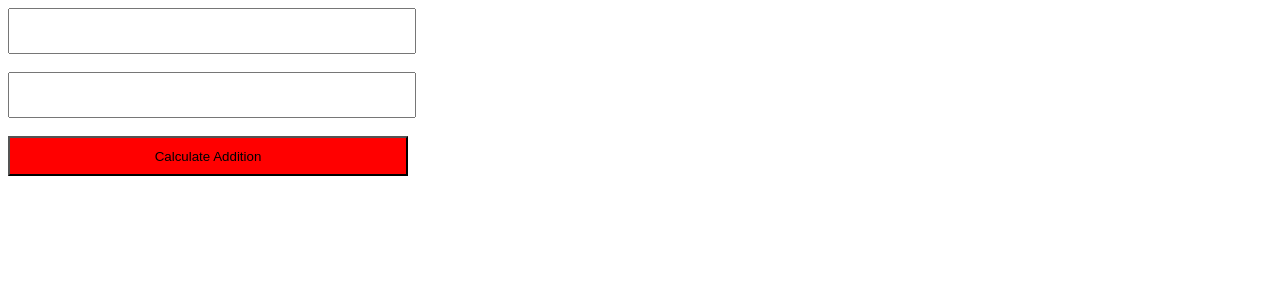
Repository: vaibhaokamble/MY_INSTITUTE_PUNE
Page: SERVLET/AdditionApplication/src/main/webapp/Addition.html
These files come from the project's save history. The page is drawn as it stood at one moment and after the next save; the edit follows.
The browser window is 1280 px wide. The pictures show the whole page.

Above is the page before, as saved 2022-10-18 08:17:02.

### SERVLET/AdditionApplication/src/main/webapp/Addition.html
<!DOCTYPE html>
<html>
<head>
<meta charset="UTF-8">
<title>Insert title here</title>
</head>
<body>
	<input type='text' name='first' value=''
		style='width: 400px; height: 40px;' />
	<br>
	<br>
	<input type='text' name='second' value=''
		style='width: 400px; height: 40px;' />
	<br>
	<br>
	<input type='submit' name='s' value='Calculate Addition'
		style='width: 400px; height: 40px; background-color:red;' />

</body>
</html>

After the next save:
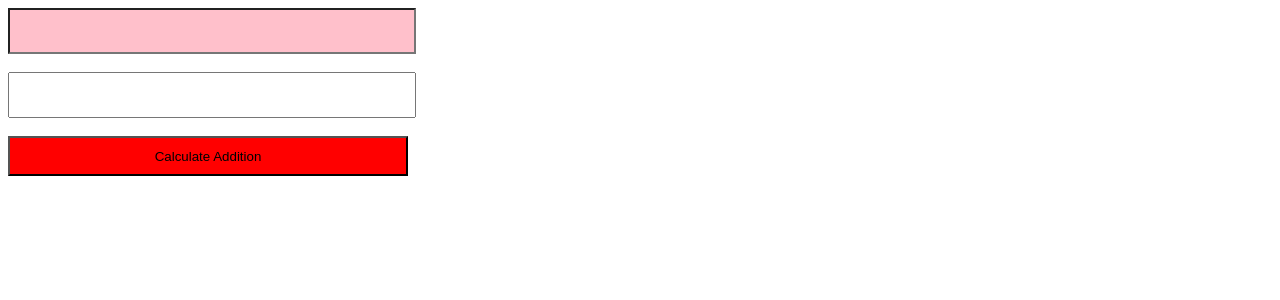
Saved 64 s later.
--- a/SERVLET/AdditionApplication/src/main/webapp/Addition.html
+++ b/SERVLET/AdditionApplication/src/main/webapp/Addition.html
@@ -6,7 +6,7 @@
 </head>
 <body>
 	<input type='text' name='first' value=''
-		style='width: 400px; height: 40px;' />
+		style='width: 400px; height: 40px; background-color:pink;' />
 	<br>
 	<br>
 	<input type='text' name='second' value=''
